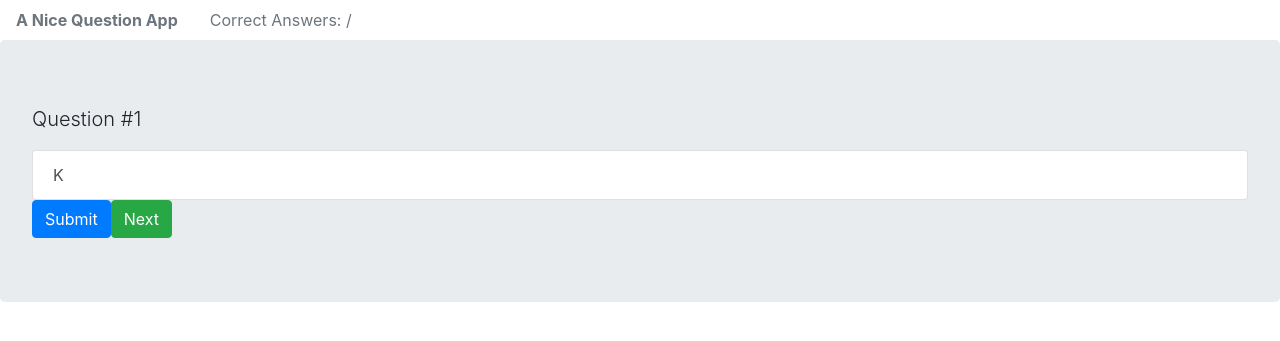
Repository: giovanicascaes/vue-quiz-app
Page: /
An editor plug-in stored every save of this project. The page is shown before and after the next save, followed by the edit.
The browser window is 1280 px wide. The pictures show the whole page.
The page's requests for data from a server got no answer. The project was rebuilt for these pictures with package versions that can differ from the ones it lists, and the page was loaded fresh each time. No one was signed in, and anything a server would have sent is missing. Also part of the build but not shown: vue.config.js.

Above is the page before, as saved 2019-04-13 02:59:21.

### public/index.html
<!DOCTYPE html>
<html lang="en">
  <head>
    <meta charset="utf-8">
    <meta http-equiv="X-UA-Compatible" content="IE=edge">
    <meta name="viewport" content="width=device-width,initial-scale=1.0">
    <link rel="icon" href="<%= BASE_URL %>favicon.ico">
    <title>vue-note-app</title>
  </head>
  <body>
    <noscript>
      <strong>We're sorry but vue-note-app doesn't work properly without JavaScript enabled. Please enable it to continue.</strong>
    </noscript>
    <div id="app"></div>
    <!-- built files will be auto injected -->
  </body>
</html>

### src/main.js
import Vue from 'vue';
import BootstrapVue from 'bootstrap-vue';

import 'bootstrap/dist/css/bootstrap.css';
import 'bootstrap-vue/dist/bootstrap-vue.css';

import App from './App.vue';

Vue.config.productionTip = false;

Vue.use(BootstrapVue);

new Vue({
  render: h => h(App),
}).$mount('#app');

### src/App.vue
<template>
  <div id="app">
    <Header/>
    <QuestionBox :questions="questions" :index="index"/>
  </div>
</template>

<script>
import Header from "./components/Header";
import QuestionBox from "./components/QuestionBox";

export default {
  name: "app",
  components: {
    Header,
    QuestionBox
  },
  data() {
    return {
      questions: [],
      index: 0
    };
  },
  mounted() {
    fetch("https://opentdb.com/api.php?amount=10")
      .then(result => result.json())
      .then(json => {
        this.questions = json.results;
      });
  }
};
</script>

### src/components/Header.vue
<template>
  <b-nav>
    <b-nav-item disabled>
      <b>A Nice Question App</b>
    </b-nav-item>
    <b-nav-item disabled>Correct Answers: {{correctAnswers}}/{{totalAnswers}}</b-nav-item>
  </b-nav>
</template>

<script>
export default {
  props: ["totalAnswers", "correctAnswers"]
};
</script>

### src/components/QuestionBox.vue
<template>
  <b-jumbotron :lead="'Question #' + (index + 1)">
    <p>{{question}}</p>
    <b-list-group>
      <b-list-group-item button>K</b-list-group-item>
    </b-list-group>
    <b-button variant="primary" href="#">Submit</b-button>
    <b-button variant="success" href="#">Next</b-button>
  </b-jumbotron>
</template>

<script>
export default {
  props: ["index", "question"]
};
</script>

After the next save:
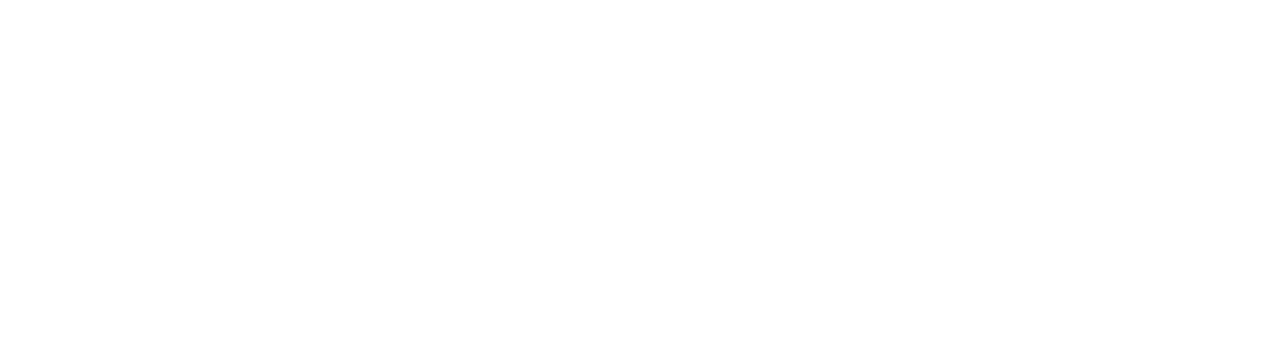
Console error: ReferenceError: data is not defined
Saved 40 s later.
--- a/src/components/QuestionBox.vue
+++ b/src/components/QuestionBox.vue
@@ -11,6 +11,7 @@
 
 <script>
 export default {
-  props: ["index", "question"]
+  props: ["index", "questions"],
+  data
 };
 </script>

After the save that followed:
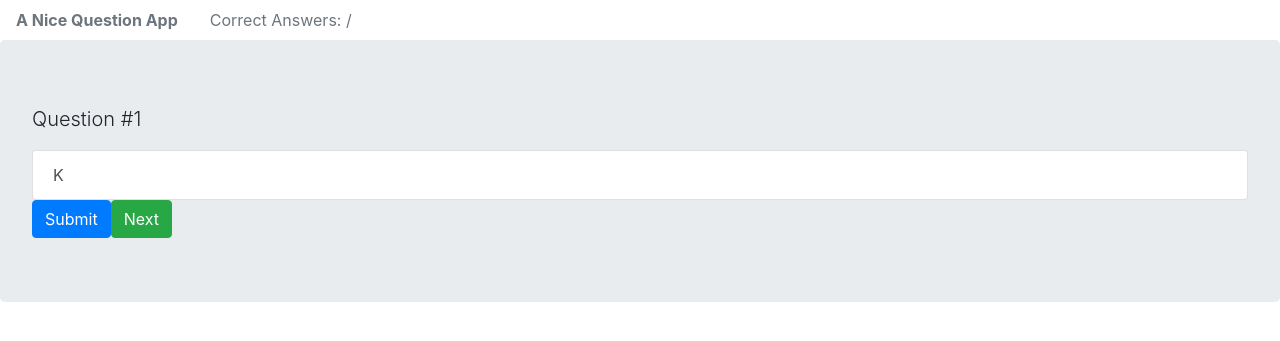
The error is gone.
Saved 17 s later.
--- a/src/components/QuestionBox.vue
+++ b/src/components/QuestionBox.vue
@@ -12,6 +12,8 @@
 <script>
 export default {
   props: ["index", "questions"],
-  data
+  data() {
+    return {};
+  }
 };
 </script>
